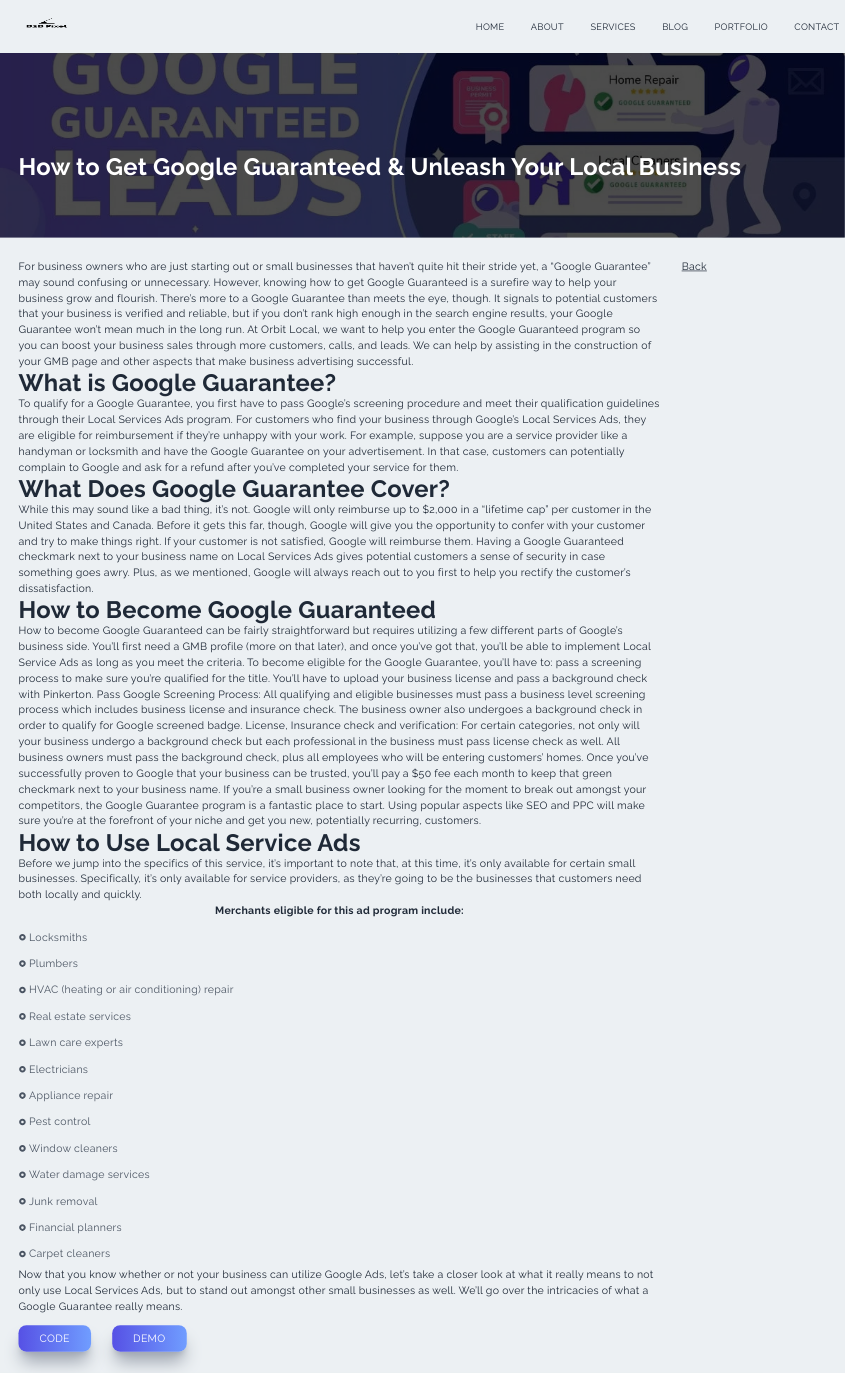
Repository: DID0101/nextjs.b2b
Page: /crypto
An editor plug-in stored every save of this project. The page is shown before and after the next save, followed by the edit.
The browser window is 1280 px wide. The pictures show the whole page, at 66% of full size.
The project was rebuilt for these pictures with package versions that can differ from the ones it lists, and the page was loaded fresh each time. The framework's server and built-in components were replaced by stand-ins that run in the browser. Also part of the build but not shown: next.config.js.

Above is the page before, as saved 2024-01-22 03:04:05.

After the next save:
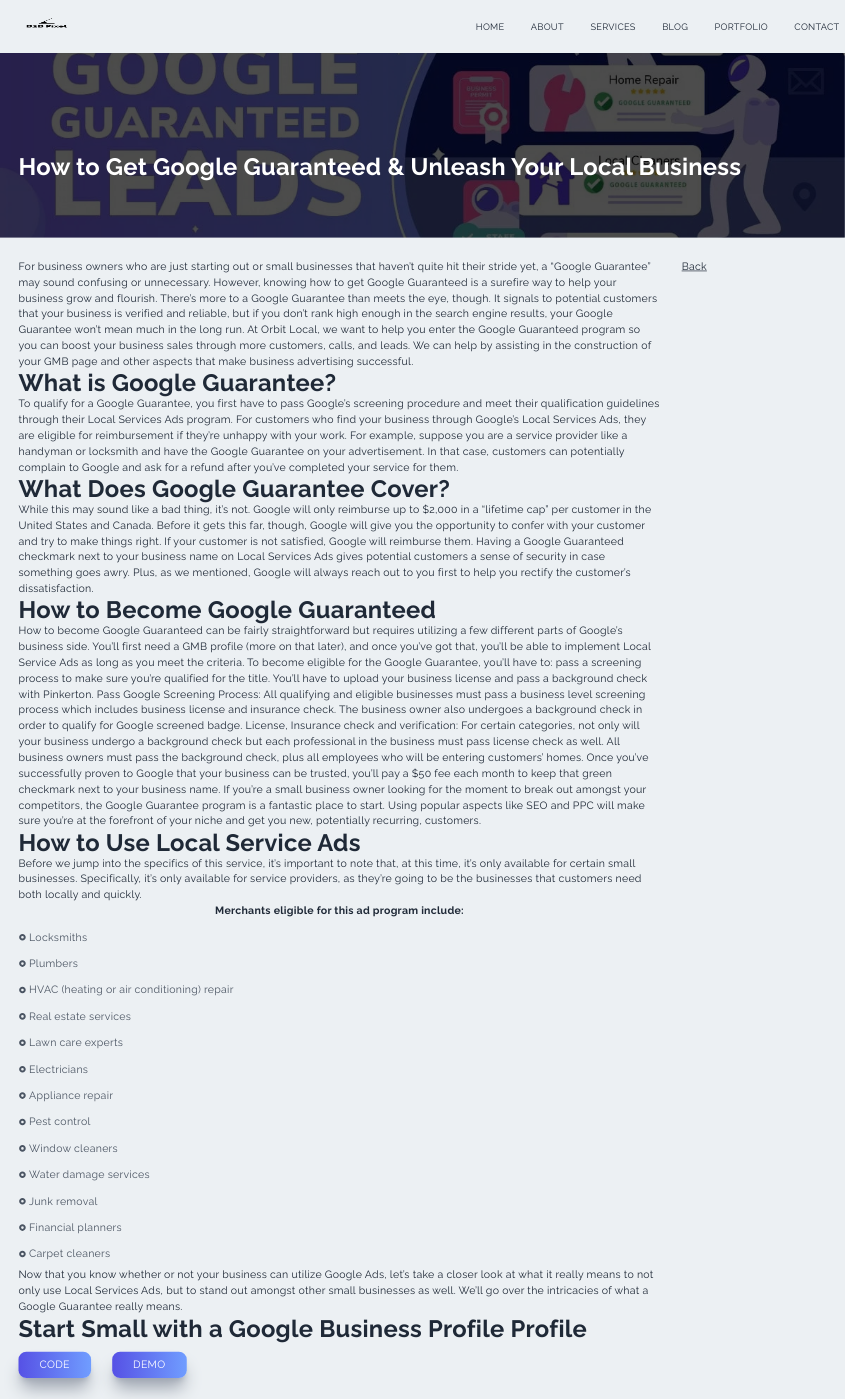
Saved 51 s later.
--- a/pages/crypto.jsx
+++ b/pages/crypto.jsx
@@ -100,6 +100,7 @@
                 <RiRadioButtonFill className='pr-1' /> Carpet cleaners
               </p>
               <p>Now that you know whether or not your business can utilize Google Ads, let’s take a closer look at what it really means to not only use Local Services Ads, but to stand out amongst other small businesses as well. We’ll go over the intricacies of what a Google Guarantee really means.</p>
+              <h2>Start Small with a Google Business Profile Profile</h2>
           <a
             href='https://github.com/fireclint/crypto-react-firebase'
             target='_blank'
